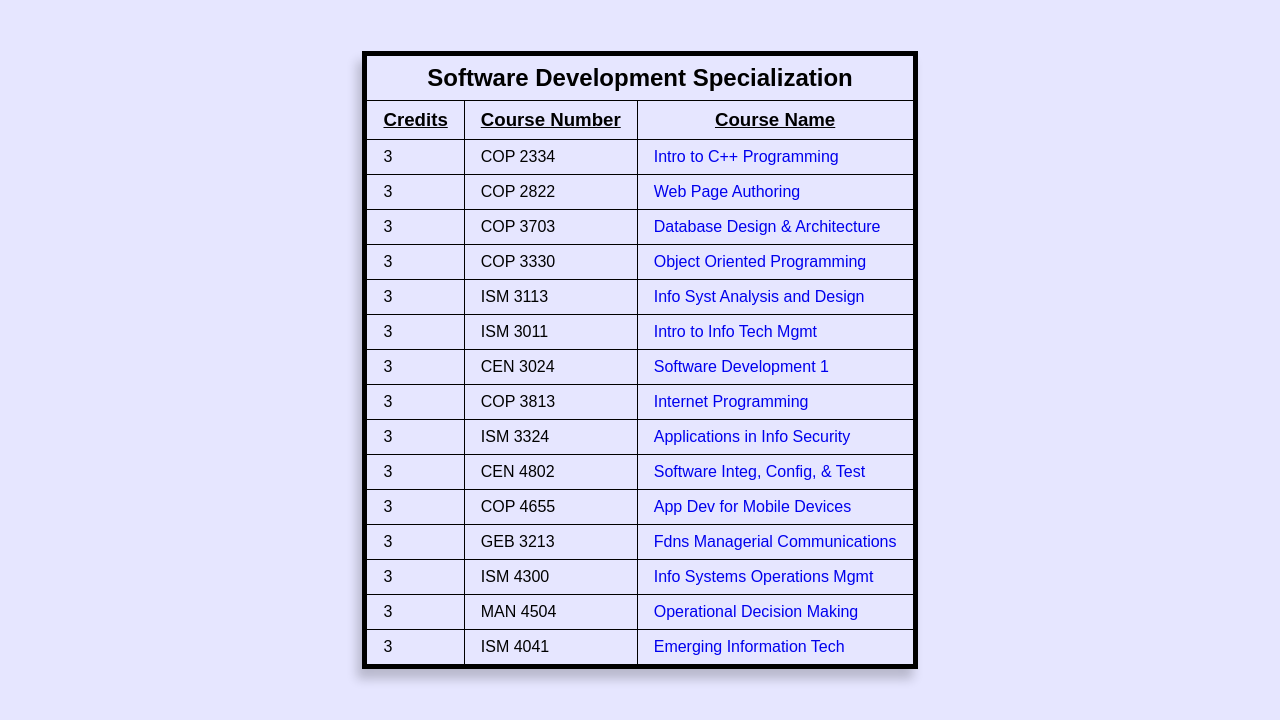
Repository: mlmEFSC21/P5-DegreeTableStyling
Page: FormattedProgramSpecialization3.html
The author's editor kept a copy of each file at every save. The page is drawn from the files as they stood at one save, then again after the next save.
The browser window is 1280 px wide. The pictures show the whole page.
Some web fonts or font styles are not loaded; a fallback is used.

Above is the page before, as saved 2022-02-07 15:53:45.

### FormattedProgramSpecialization3.html
<!DOCTYPE html>
<html lang="en">
    <head>
        <meta charset="UTF-8" />
        <meta http-equiv="X-UA-Compatible" content="IE=edge" />
        <meta name="viewport" content="width=device-width, initial-scale=1.0" />
        <link rel="stylesheet" href="tableStyles.css" />
        <title>Degree Specialization Table</title>
    </head>
    <body>
        <table>
            <thead>
                <tr class="tableTitle">
                    <th colspan="3">Software Development Specialization</th>
                </tr>
                <tr class="colTitles">
                    <th>Credits</th>
                    <th>Course Number</th>
                    <th>Course Name</th>
                </tr>
            </thead>
            <tbody>
                <tr>
                    <td>3</td>
                    <td>COP 2334</td>
                    <td>
                        <a
                            href="https://bannerweb.easternflorida.edu/prod/bwckctlg.p_disp_course_detail?cat_term_in=202210&subj_code_in=COP&crse_numb_in=2334"
                            >Intro to C++ Programming</a
                        >
                    </td>
                </tr>
                <tr>
                    <td>3</td>
                    <td>COP 2822</td>
                    <td>
                        <a
                            href="https://bannerweb.easternflorida.edu/prod/bwckctlg.p_disp_course_detail?cat_term_in=202210&subj_code_in=COP&crse_numb_in=2822"
                            >Web Page Authoring</a
                        >
                    </td>
                </tr>
                <tr>
                    <td>3</td>
                    <td>COP 3703</td>
                    <td>
                        <a
                            href="https://bannerweb.easternflorida.edu/prod/bwckctlg.p_disp_course_detail?cat_term_in=202210&subj_code_in=COP&crse_numb_in=3703"
                            >Database Design & Architecture</a
                        >
                    </td>
                </tr>
                <tr>
                    <td>3</td>
                    <td>COP 3330</td>
                    <td>
                        <a
                            href="https://bannerweb.easternflorida.edu/prod/bwckctlg.p_disp_course_detail?cat_term_in=202210&subj_code_in=COP&crse_numb_in=3330"
                            >Object Oriented Programming</a
                        >
                    </td>
                </tr>
                <tr>
                    <td>3</td>
                    <td>ISM 3113</td>
                    <td>
                        <a
                            href="https://bannerweb.easternflorida.edu/prod/bwckctlg.p_disp_course_detail?cat_term_in=202210&subj_code_in=ISM&crse_numb_in=3113"
                            >Info Syst Analysis and Design</a
                        >
                    </td>
                </tr>
                <tr>
                    <td>3</td>
                    <td>ISM 3011</td>
                    <td>
                        <a
                            href="https://bannerweb.easternflorida.edu/prod/bwckctlg.p_disp_course_detail?cat_term_in=202210&subj_code_in=ISM&crse_numb_in=3011"
                            >Intro to Info Tech Mgmt</a
                        >
                    </td>
                </tr>
                <tr>
                    <td>3</td>
                    <td>CEN 3024</td>
                    <td>
                        <a
                            href="https://bannerweb.easternflorida.edu/prod/bwckctlg.p_disp_course_detail?cat_term_in=202210&subj_code_in=CEN&crse_numb_in=3024"
                            >Software Development 1</a
                        >
                    </td>
                </tr>
                <tr>
                    <td>3</td>
                    <td>COP 3813</td>
                    <td>
                        <a
                            href="https://bannerweb.easternflorida.edu/prod/bwckctlg.p_disp_course_detail?cat_term_in=202210&subj_code_in=COP&crse_numb_in=3813"
                            >Internet Programming</a
                        >
                    </td>
                </tr>
                <tr>
                    <td>3</td>
                    <td>ISM 3324</td>
                    <td>
                        <a
                            href="https://bannerweb.easternflorida.edu/prod/bwckctlg.p_disp_course_detail?cat_term_in=202210&subj_code_in=ISM&crse_numb_in=3324"
                            >Applications in Info Security</a
                        >
                    </td>
                </tr>
                <tr>
                    <td>3</td>
                    <td>CEN 4802</td>
                    <td>
                        <a
                            href="https://bannerweb.easternflorida.edu/prod/bwckctlg.p_disp_course_detail?cat_term_in=202210&subj_code_in=CEN&crse_numb_in=4802"
                            >Software Integ, Config, & Test</a
                        >
                    </td>
                </tr>
                <tr>
                    <td>3</td>
                    <td>COP 4655</td>
                    <td>
                        <a
                            href="https://bannerweb.easternflorida.edu/prod/bwckctlg.p_disp_course_detail?cat_term_in=202210&subj_code_in=COP&crse_numb_in=4655"
                            >App Dev for Mobile Devices</a
                        >
                    </td>
                </tr>
                <tr>
                    <td>3</td>
                    <td>GEB 3213</td>
                    <td>
                        <a
                            href="https://bannerweb.easternflorida.edu/prod/bwckctlg.p_disp_course_detail?cat_term_in=202210&subj_code_in=GEB&crse_numb_in=3213"
                            >Fdns Managerial Communications</a
                        >
                    </td>
                </tr>
                <tr>
                    <td>3</td>
                    <td>ISM 4300</td>
                    <td>
                        <a
                            href="https://bannerweb.easternflorida.edu/prod/bwckctlg.p_disp_course_detail?cat_term_in=202210&subj_code_in=ISM&crse_numb_in=4300"
                            >Info Systems Operations Mgmt</a
                        >
                    </td>
                </tr>
                <tr>
                    <td>3</td>
                    <td>MAN 4504</td>
                    <td>
                        <a
                            href="https://bannerweb.easternflorida.edu/prod/bwckctlg.p_disp_course_detail?cat_term_in=202210&subj_code_in=MAN&crse_numb_in=4504"
                            >Operational Decision Making</a
                        >
                    </td>
                </tr>
                <tr>
                    <td>3</td>
                    <td>ISM 4041</td>
                    <td>
                        <a
                            href="https://bannerweb.easternflorida.edu/prod/bwckctlg.p_disp_course_detail?cat_term_in=202210&subj_code_in=ISM&crse_numb_in=4041"
                            >Emerging Information Tech</a
                        >
                    </td>
                </tr>
            </tbody>
        </table>
    </body>
</html>

### tableStyles.css
@import url("https://fonts.googleapis.com/css2?family=Spectral:wght@400&display=swap");

:root {
    --clr-prime: #003c5e;
    --clr-second: #1a2028;
    --clr-accent: #8fb500;
    --clr-font-prime: #5b8ead;
    --clr-font-second: black;
    --clr-background: #e6e6ff;
}
*,
*::before,
*::after {
    margin: 0;
    padding: 0;
    box-sizing: border-box;
}
body {
    font-family: Spectral, sans-serif;
    height: 100vh;
    display: grid;
    align-items: center;
    justify-content: center;
    background-color: var(--clr-background);
}
/* border added here */
table {
    border-collapse: collapse;
    box-shadow: -5px 10px 10px rgba(0, 0, 0, 0.2);
    border: 5px solid black;
    padding: 0.25rem;
}
/* centered text of first to rows (table header) */
thead {
    text-align: center;
}
/* used two classes to change the sizes, decorations, etc. */
.tableTitle {
    font-size: 18pt;
    font-weight: bold;
    text-align: center;
}
.colTitles {
    font-size: 14pt;
    text-decoration: underline;
}
th {
    border: 1px solid black;
    padding: 0.5rem 1rem;
}
/* added the font size and text alignment for the row data here */
td {
    border: 1px solid black;
    padding: 0.5rem 1rem;
    font-size: 12pt;
    text-align: left;
}
a {
    text-decoration: none;
}
a:hover {
    color: var(--clr-prime);
    text-decoration: underline;
}

After the next save:
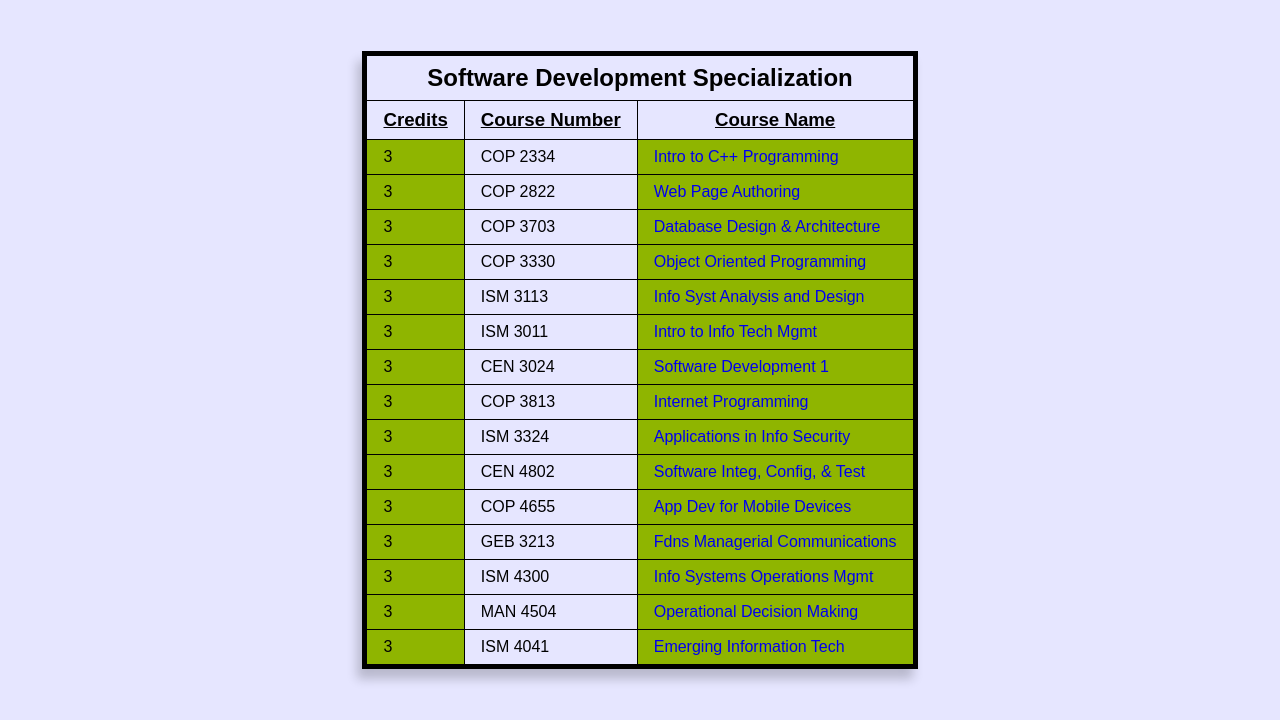
Saved 51 s later.
--- a/tableStyles.css
+++ b/tableStyles.css
@@ -55,6 +55,9 @@ td {
     font-size: 12pt;
     text-align: left;
 }
+td:nth-child(odd) {
+    background-color: var(--clr-accent);
+}
 a {
     text-decoration: none;
 }
